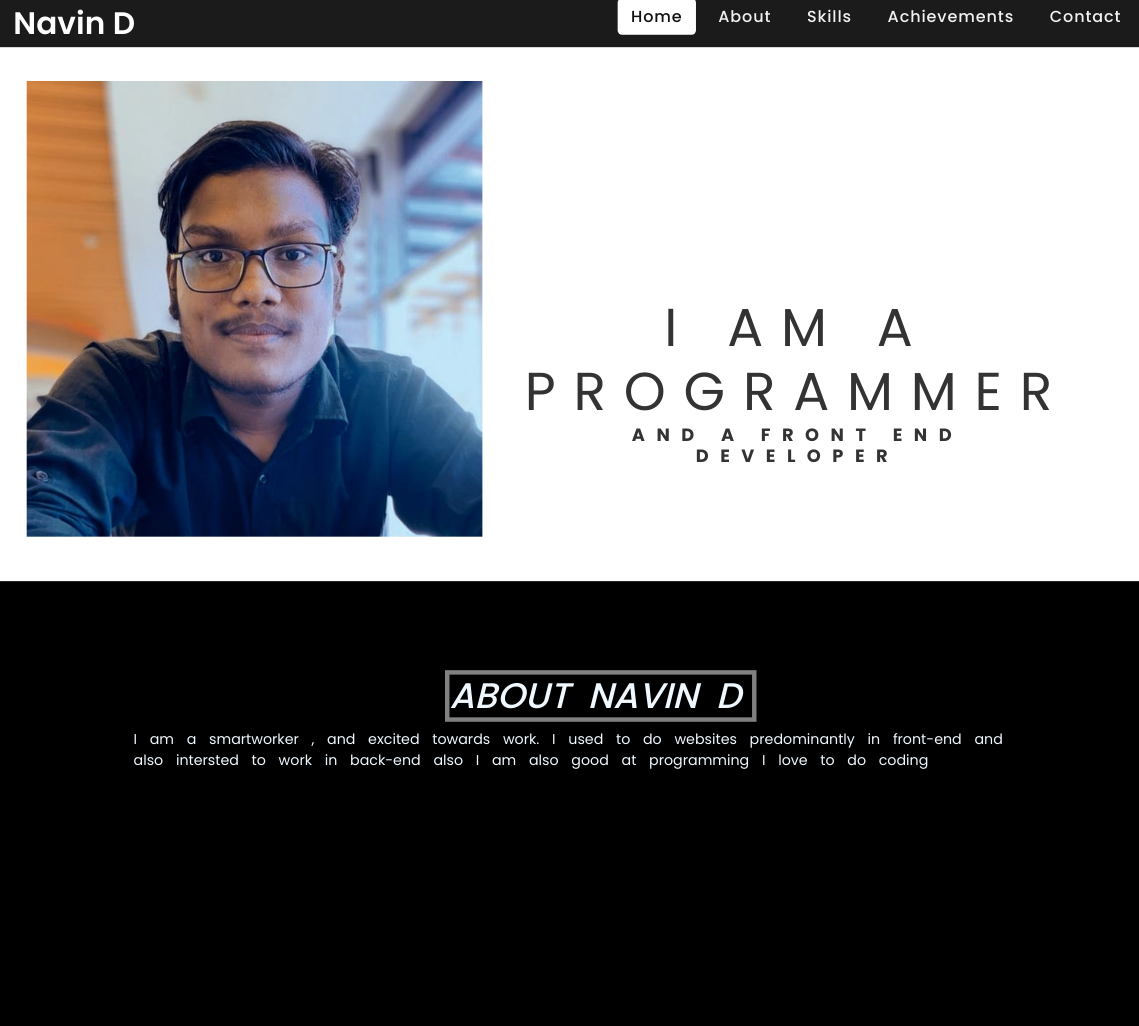
Repository: NavinDayanithi/OIBSIP
Page: Portfolio/index.html
The author's editor kept a copy of each file at every save. The page is drawn from the files as they stood at one save, then again after the next save.
The browser window is 1280 px wide. The pictures show the whole page, at 89% of full size.

Above is the page before, as saved 2023-02-20 19:13:09.
Console error: TypeError: Cannot read properties of undefined (reading 'fn')

### Portfolio/index.html
<!DOCTYPE html>
<!-- Created By CodingNepal -->
<html lang="en" dir="ltr">
   <head>

      <meta charset="utf-8">
      <title>Navin's Portfolio</title>
      <script src="https://cdnjs.cloudflare.com/ajax/libs/OwlCarousel2/2.3.4/owl.carousel.min.js"></script>
      <script type="text/javascript" src="script.js"></script>
      <link rel="stylesheet" href="style.css">
      <link rel="stylesheet" href="https://cdnjs.cloudflare.com/ajax/libs/font-awesome/5.15.3/css/all.min.css"/>
      <meta name="viewport" content="width=device-width, initial-scale=1.0">
      <link href="https://cdn.jsdelivr.net/npm/bootstrap@5.3.0-alpha1/dist/css/bootstrap.min.css" rel="stylesheet" integrity="sha384-GLhlTQ8iRABdZLl6O3oVMWSktQOp6b7In1Zl3/Jr59b6EGGoI1aFkw7cmDA6j6gD" crossorigin="anonymous">
   </head>
   <body>
      <nav>
         <div class="logo">
            Navin D
         </div>
         <input type="checkbox" id="click">
         <label for="click" class="menu-btn">
         <i class="fas fa-bars"></i>
         </label>
         <ul>
            <li><a class="active" href="#">Home</a></li>
            <li><a href="#about">About</a></li>
            <li><a href="#skills">Skills</a></li>
            <li><a href="#">Achievements</a></li>
            <li><a href="#">Contact</a></li>
         </ul>
      </nav>
      <div >
        <img src="navinppimg.jpeg"  class="img1" alt="navinimg">
      </div>
      <div class="text-box">
        <h1 class="heading-primary">
         <span class="heading-primary-main">I am a Programmer</span>
          <span class="heading-primary-sub">and a front end developer</span>
         </h1>
   </div>
   <section class="about" id="about">
      <!-- <img class="about-img" src="https://embetronicx.com/wp-content/uploads/2017/08/background.jpg"  class="img1" alt="navinimg"> -->
      <div class="about-text">
         <h1> <i>ABOUT NAVIN D</i></h1>
         <p>  I am a smartworker , and excited towards work.
             I used to do websites predominantly in front-end
             and also intersted to work in back-end also
             I am also good at programming
             I love to do coding<br/>
      </p>
      </div>

    </body>
</section>
       </body>
</html>

### Portfolio/style.css
@import url('https://fonts.googleapis.com/css?family=Poppins:400,500,600,700&display=swap');
*{
  margin: 0;
  padding: 0;
  box-sizing: border-box;
  font-family: 'Poppins', sans-serif;
}
nav{
  display: flex;
  height: 100%;
  width: 100%;
  background: #1b1b1b;
  align-items: center;
  justify-content: space-between;
  /* padding: 0 50px 0 50px; */
  /* flex-wrap: wrap; */
}
nav .logo{
  color: #fff;
  font-size: 35px;
  font-weight: 600;
  margin-left: 15px;
}
nav ul{
  display: flex;
  flex-wrap: wrap;
  list-style: none;
}
nav ul li{
  margin: 0 5px;
}
nav ul li a{
  color: #f2f2f2;
  text-decoration: none;
  font-size: 18px;
  font-weight: 500;
  padding: 8px 15px;
  border-radius: 5px;
  letter-spacing: 1px;
  transition: all 0.3s ease;
}
nav ul li a.active,
nav ul li a:hover{
  color: #111;
  background: #fff;
}
nav .menu-btn i{
  color: #fff;
  font-size: 22px;
  cursor: pointer;
  display: none;
}
input[type="checkbox"]{
  display: none;
}
@media (max-width: 1000px){
  nav{
    padding: 0 40px 0 50px;
  }
}
@media (max-width: 920px) {
  nav .menu-btn i{
    display: block;
  }
  #click:checked ~ .menu-btn i:before{
    content: "\f00d";
  }
  nav ul{
    position: fixed;
    top: 80px;
    left: -100%;
    background: #111;
    height: 100vh;
    width: 100%;
    text-align: center;
    display: block;
    transition: all 0.3s ease;
  }
  #click:checked ~ ul{
    left: 0;
  }
  nav ul li{
    width: 100%;
    margin: 40px 0;
  }
  nav ul li a{
    width: 100%;
    margin-left: -100%;
    display: block;
    font-size: 20px;
    transition: 0.6s cubic-bezier(0.68, -0.55, 0.265, 1.55);
  }
  #click:checked ~ ul li a{
    margin-left: 0px;
  }
  nav ul li a.active,
  nav ul li a:hover{
    background: none;
    color: cyan;
  }
}
.content{
  position: absolute;
  top: 50%;
  left: 50%;
  transform: translate(-50%, -50%);
  text-align: center;
  z-index: -1;
  width: 100%;
  padding: 0 30px;
  color: #1b1b1b;
}
.content div{
  font-size: 40px;
  font-weight: 700;
}

.text-box {
    position: absolute;
    top: 60%;
    left: 70%;
    transform: translate(-50%, -50%);
    text-align:center;
  }

  .heading-primary {
      color:#333;
      text-transform: uppercase;
  }

  .heading-primary-main {
      display: block;
      font-size: 60px;
      font-weight: 400;
      letter-spacing: 20px;
     /*  Animation decalaration   */
      animation-name: moveInleft;
      animation-duration: 3s;
  }

  .heading-primary-sub {
      display: block;
      font-size: 20px;
      font-weight: 700;
      letter-spacing: 12.9px;

      animation-name: moveInRight;
      animation-duration: 3s;
  }

  @keyframes moveInleft {
      0% {
          opacity: 0;
          transform: translateX(-100px);
      }

      80% {
          transform: translateX(10px);
      }
      100% {
          opacity: 1;
          transform: translate(0);
      }
  }

  @keyframes moveInRight {
      0% {
          opacity: 0;
          transform: translateX(100px);
      }

      80% {
          transform: translateX(-10px);
      }

      100% {
          opacity: 1;
          transform: translate(0);
      }

  }
  .img1{
    margin-left: 30px;
     margin-top: 3%;
    display: block;
    height:40%;
    width:40%;


  }
  .a{
    float: left;
    /* display: inline; */
    width: 50%;


  }
  .b{
    /* display: inline; */
    float:right;
    width: 50%;
    margin-left: 50px;


  }
   .about{
    background-color: black;
    height: 500px;
    width: 100%;
    color: aliceblue;
    margin-top: 50px;

  }

 .about-text {
  padding-top: 100px;
   padding-left: 150px;
   padding-right: 150px;
   word-spacing: 10px;
   text-indent: ;
}
.about-text h1{
   margin-left:350px;
  border:5px solid gray;
  width: 350px;
}

Loaded but not shown: Portfolio/script.js (common file)

After the next save:
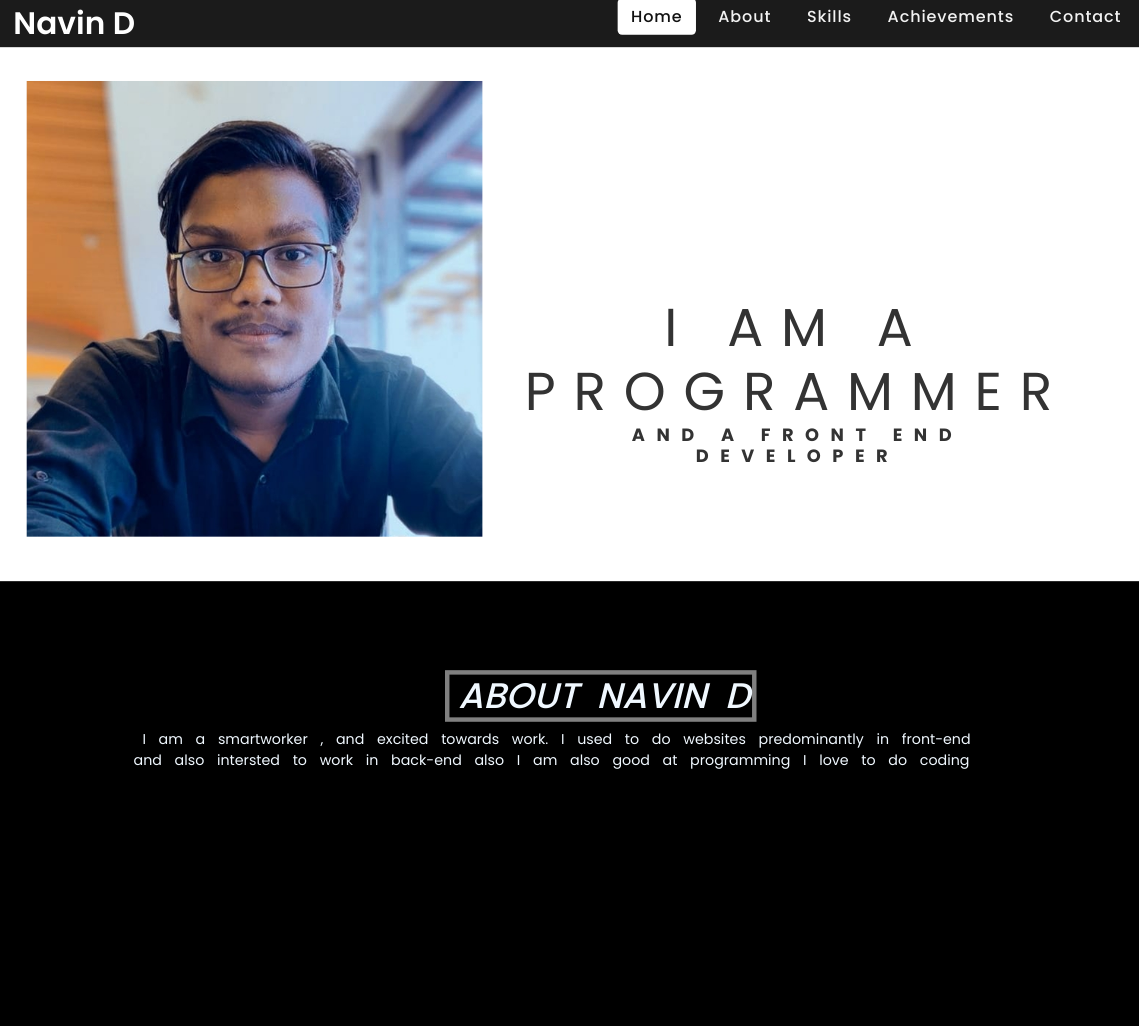
Saved 7 s later.
--- a/Portfolio/style.css
+++ b/Portfolio/style.css
@@ -217,7 +217,7 @@
    padding-left: 150px;
    padding-right: 150px;
    word-spacing: 10px;
-   text-indent: ;
+   text-indent: 10px;
 }
 .about-text h1{
    margin-left:350px;
